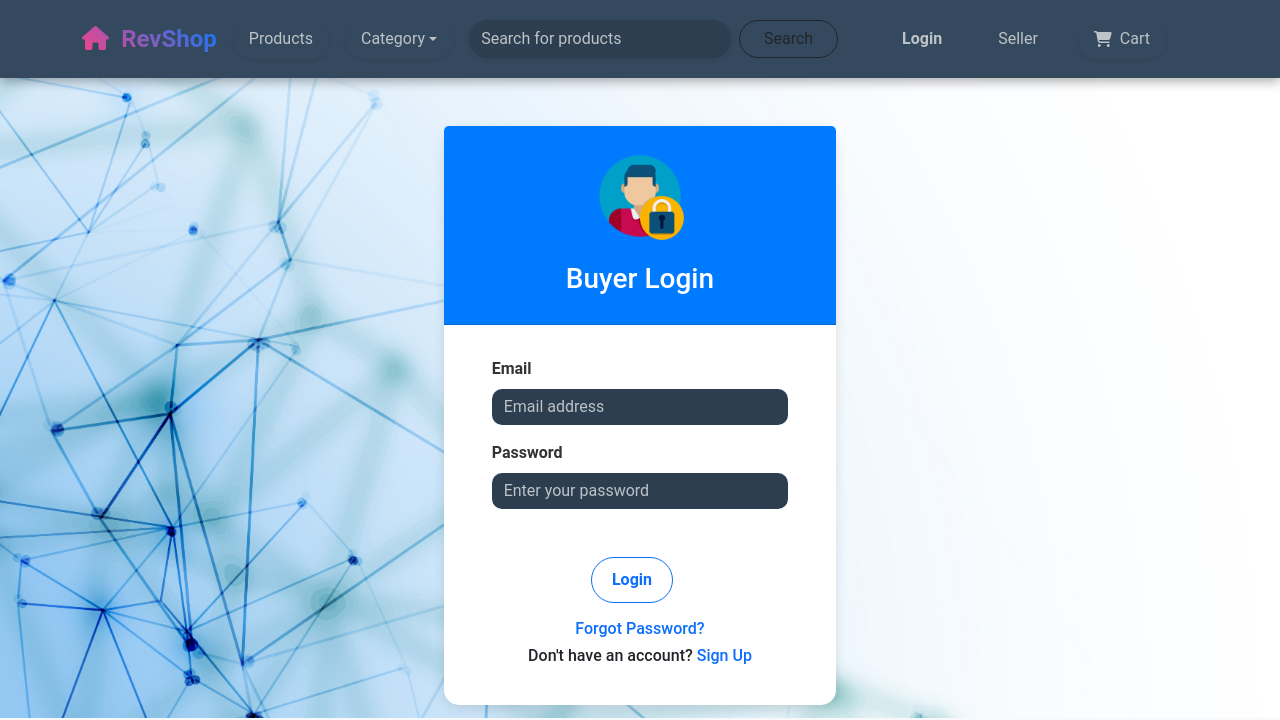
Repository: pratikp99/E-Commerce-Webapp-
Page: http://localhost/Revshop_WebApp/login.jsp
The author's editor kept a copy of each file at every save. The page is drawn from the files as they stood at one save, then again after the next save.
The browser window is 1280 px wide. The pictures show the whole page.
The page is served by Tomcat 10. Other server files are loaded and not shown. Queries for data that is not in the repository find no rows.

Above is the page before, as saved 2024-08-31 19:30:36.

### Revshop WebApp/src/main/webapp/login.jsp
<%@ page language="java" contentType="text/html; charset=ISO-8859-1" pageEncoding="ISO-8859-1"%>
<!DOCTYPE html>
<html lang="en">
<head>
    <meta charset="ISO-8859-1">
    <meta name="viewport" content="width=device-width, initial-scale=1, shrink-to-fit=no">
    <title>Buyer Login</title>
    <%@include file="Components/common_css_js.jsp"%>
    <link rel="stylesheet" href="CSS/styles2.css">
</head>
<body>
    <!--navbar -->
    <%@include file="Components/navbar.jsp"%>

    <div class="container-fluid">
        <div class="row mt-5">
            <div class="col-md-4 offset-md-4">
                <div class="card">
                    <div class="card-header px-5 text-center">
                        <img src="Images/login.png" style="max-width: 100px;" class="img-fluid">
                        <h3 class="text-center mt-3">Buyer Login</h3>
                        <%@include file="Components/alert_message.jsp"%>
                    </div>
                    <div class="card-body px-5">
                        <!--login-form-->
                        <form id="login-form" action="login" method="post">
                            <input type="hidden" name="login" value="user">

                            <div class="mb-3">
                                <label class="form-label">Email</label>
                                <input type="email" name="user_email" placeholder="Email address" class="form-control" required>
                            </div>
                            <div class="mb-2">
                                <label class="form-label">Password</label>
                                <input type="password" name="user_password" placeholder="Enter your password" class="form-control" required>
                            </div>

                            <div id="login-btn" class="container text-center mt-5">
                                <button type="submit" class="btn btn-outline-primary me-3">Login</button>
                            </div>
                        </form>

                        <div class="mt-3 text-center">
                            <h6><a href="forgot_password.jsp" style="text-decoration: none">Forgot Password?</a></h6>
                            <h6>
                                Don't have an account?<a href="register.jsp" style="text-decoration: none"> Sign Up</a>
                            </h6>
                        </div>
                    </div>
                </div>
            </div>
        </div>
    </div>
</body>
</html>

### Revshop WebApp/src/main/webapp/Components/common_css_js.jsp
<!--CSS-->
<link href="https://cdn.jsdelivr.net/npm/bootstrap@5.3.0/dist/css/bootstrap.min.css" rel="stylesheet" integrity="sha384-9ndCyUaIbzAi2FUVXJi0CjmCapSmO7SnpJef0486qhLnuZ2cdeRhO02iuK6FUUVM" crossorigin="anonymous">
<!--font awesome-->
<!--<link rel="stylesheet" href="https://cdnjs.cloudflare.com/ajax/libs/font-awesome/4.7.0/css/font-awesome.min.css">
-->
<link rel="stylesheet" href="https://cdnjs.cloudflare.com/ajax/libs/font-awesome/6.4.0/css/all.min.css">
<link rel="stylesheet" href="CSS/style.css"/>


<!--JavaScript-->
<script src="https://cdn.jsdelivr.net/npm/bootstrap@5.3.0/dist/js/bootstrap.bundle.min.js" integrity="sha384-geWF76RCwLtnZ8qwWowPQNguL3RmwHVBC9FhGdlKrxdiJJigb/j/68SIy3Te4Bkz" crossorigin="anonymous"></script>
<script src="JS/script.js"></script>

<!--jQuery-->
<script src="https://code.jquery.com/jquery-3.7.0.min.js" integrity="sha256-2Pmvv0kuTBOenSvLm6bvfBSSHrUJ+3A7x6P5Ebd07/g=" crossorigin="anonymous"></script>
<!--sweet alert-->
<script src="https://unpkg.com/sweetalert/dist/sweetalert.min.js"></script>
<script src="https://cdn.jsdelivr.net/npm/sweetalert2@11"></script>

### Revshop WebApp/src/main/webapp/Components/navbar.jsp
<%@page import="com.revature.ecom.DAO.categoryDAO"%>
<%@page import="com.revature.ecom.Models.adminModel"%>
<%@page import="com.revature.ecom.Models.cartModel"%>
<%@page import="com.revature.ecom.DAO.cartDAO"%>
<%@page import="com.revature.ecom.Models.userModel"%>
<%@page import="java.util.List"%>
<%@page import="com.revature.ecom.Models.categoryModel"%>
<%@page import="com.revature.ecom.Utils.DatabaseUtil"%>
<%@page import="com.revature.ecom.DAO.categoryDAO"%>
<%
userModel user = (userModel) session.getAttribute("activeUser");
adminModel admin = (adminModel) session.getAttribute("activeAdmin");

categoryDAO catDao = new categoryDAO(DatabaseUtil.getConnection());
List<categoryModel> categoryList = catDao.getAllCategories();
%>

<style>
/* General navbar styling */
.navbar {
    background-color: #34495e;
    padding: 1rem;
    box-shadow: 0px 4px 10px rgba(0, 0, 0, 0.3);
    max-height:15vh;
}

.navbar-brand {
    font-size: 1.6rem;
    font-weight: bold;
    color: #ecf0f1 !important;
}

.nav-link {
    color: #bdc3c7 !important;
    margin-right: 1rem;
    transition: color 0.3s, background-color 0.3s;
}

.nav-link:hover {
    color: #ecf0f1 !important;
    background-color: rgba(255, 255, 255, 0.1);
}

.navbar-toggler {
    border-color: #ecf0f1;
}

.navbar-toggler-icon {
    background-image: url("data:[embedded picture, 217 characters]");
}

.dropdown-menu {
    background-color: #2c3e50 !important;
    border: none;
}

.dropdown-item {
    color: #bdc3c7 !important;
    transition: background-color 0.3s, color 0.3s;
}

.dropdown-item:hover {
    background-color: #34495e !important;
    color: #ecf0f1 !important;
}

.badge {
    font-size: 0.75rem;
    background-color: #e74c3c;
}

/* Button styling */
.btn-outline-light {
    color: #bdc3c7;
    border-color: #bdc3c7;
    transition: color 0.3s, border-color 0.3s;
}

.btn-outline-light:hover {
    color: #ecf0f1;
    border-color: #ecf0f1;
}

/* Flexbox alignment */
.navbar-nav {
    display: flex;
    align-items: center;
}

.navbar-nav .nav-item {
    margin-right: 0rem;
}

.form-control {
    background-color: #2c3e50 !important;
    border: none;
    color: #ecf0f1;
    margin-right: 0.5rem;
}

.form-control::placeholder {
    color: #bdc3c7;
}

.form-control:focus {
    box-shadow: none;
    border-color: #ecf0f1;
}

@media (max-width: 992px) {
    .navbar-collapse {
        flex-direction: column;
    }

    .navbar-nav {
        flex-direction: column;
        width: 100%;
    }

    .navbar-nav .nav-item {
        margin-right: 0;
        margin-bottom: 1rem;
    }

    .form-control {
        margin-bottom: 1rem;
        width: 100%;
    }
}

/* Specific logo styles */
.navbar-nav .register-link {
    background-image: url('path/to/register-icon.png');
    background-repeat: no-repeat;
    background-position: left center;
    padding-left: 30px; /* Adjust based on the size of the icon */
}

.navbar-nav .buyer-link {
    background-image: url('path/to/buyer-icon.png');
    background-repeat: no-repeat;
    background-position: left center;
    padding-left: 30px; /* Adjust based on the size of the icon */
}

.navbar-nav .seller-link {
    background-image: url('path/to/seller-icon.png');
    background-repeat: no-repeat;
    background-position: left center;
    padding-left: 30px; /* Adjust based on the size of the icon */
}
</style>

<nav class="navbar navbar-expand-lg navbar-dark">
    <div class="container">
        <a class="navbar-brand" href="index.jsp" style="font-weight: bold; font-size: 1.5rem; background: linear-gradient(45deg, #ff4081, #007bff); -webkit-background-clip: text; -webkit-text-fill-color: transparent;">
    <i class="fa-sharp fa-solid fa-house"></i>&ensp;RevShop
</a>
        <button class="navbar-toggler" type="button" data-bs-toggle="collapse" data-bs-target="#navbarSupportedContent"
            aria-controls="navbarSupportedContent" aria-expanded="false" aria-label="Toggle navigation">
            <span class="navbar-toggler-icon"></span>
        </button>
        <div class="collapse navbar-collapse" id="navbarSupportedContent">
            <% if (admin != null) { %>
            <!-- Admin nav bar -->
            <ul class="navbar-nav me-auto mb-2 mb-lg-0">
    <li class="nav-item">
        <button type="button" class="btn btn-dark nav-link d-flex align-items-center rounded-pill px-3 py-2 shadow-sm" data-bs-toggle="modal" data-bs-target="#add-category">
            <i class="fa-solid fa-plus fa-xs me-2"></i>Add Category
        </button>
    </li>
    <li class="nav-item">
        <button type="button" class="btn btn-secondary nav-link d-flex align-items-center rounded-pill px-3 py-2 shadow-sm" data-bs-toggle="modal" data-bs-target="#add-product">
            <i class="fa-solid fa-plus fa-xs me-2"></i>Add Product
        </button>
    </li>
</ul>
<ul class="navbar-nav ms-auto">
    <li class="nav-item">
        <a class="nav-link text-info fw-light d-flex align-items-center" href="admin.jsp">
            <i class="fa-solid fa-user-circle fa-lg me-2"></i><%=admin.getName()%>
        </a>
    </li>
    <li class="nav-item">
        <a class="nav-link text-danger fw-light d-flex align-items-center" href="logout?user=admin">
            <i class="fa-solid fa-sign-out-alt fa-lg me-2"></i>Logout
        </a>
    </li>
</ul>


            <% } else { %>
            <!-- General nav bar -->
            <!-- Navigation items for products and category -->
<ul class="navbar-nav me-auto mb-2 mb-lg-0">
    <li class="nav-item">
        <a class="nav-link text-dark rounded-pill px-3 py-2 shadow-sm d-flex align-items-center" href="products.jsp" role="button" aria-expanded="false">
            Products
        </a>
    </li>
    <li class="nav-item dropdown">
        <a class="nav-link dropdown-toggle text-dark rounded-pill px-3 py-2 shadow-sm d-flex align-items-center" href="#" role="button" data-bs-toggle="dropdown" aria-expanded="false">
            Category
        </a>
        <ul class="dropdown-menu">
            <li><a class="dropdown-item" href="products.jsp?category=0">All Products</a></li>
            <% for (categoryModel c : categoryList) { %>
            <li><a class="dropdown-item" href="products.jsp?category=<%=c.getCategoryId()%>"><%=c.getCategoryName()%></a></li>
            <% } %>
        </ul>
    </li>
</ul>

<!-- Search form -->
<form class="d-flex pe-5" role="search" action="products.jsp" method="get">
    <input name="search" class="form-control me-2 rounded-pill border-0 shadow-sm" size="50" type="search" placeholder="Search for products" aria-label="Search">
    <button class="btn btn-outline-dark rounded-pill px-4" type="submit">Search</button>
</form>

<!-- User actions for logged-in users -->
<% if (user != null) {
    cartDAO cartDao = new cartDAO(DatabaseUtil.getConnection());
    int cartCount = cartDao.getCartCountByUserId(user.getUserId());
%>
<ul class="navbar-nav ms-auto">
    <li class="nav-item pe-3">
        <a class="nav-link position-relative d-flex align-items-center rounded-pill px-3 py-2 shadow-sm" href="cart.jsp">
            <i class="fa-solid fa-cart-shopping me-2"></i> Cart
            <span class="position-absolute top-0 start-100 translate-middle badge rounded-pill bg-danger"><%=cartCount%></span>
        </a>
    </li>
    <li class="nav-item pe-3">
        <a class="nav-link text-dark rounded-pill px-3 py-2 shadow-sm d-flex align-items-center" href="profile.jsp">
            <i class="fa-solid fa-user me-2"></i><%=user.getUserName()%>
        </a>
    </li>
    <li class="nav-item pe-3">
        <a class="nav-link text-danger rounded-pill px-3 py-2 shadow-sm d-flex align-items-center" href="logout?user=user">
            <i class="fa-solid fa-sign-out-alt me-2"></i> Logout
        </a>
    </li>
</ul>
<% } else { %>
<!-- User actions for guests -->
<ul class="navbar-nav ms-auto">
    <li class="nav-item pe-2">
        <a class="nav-link btn btn-outline-primary rounded-pill px-3 py-2" href="login.jsp">Login</a>
    </li>
    <li class="nav-item pe-2">
        <a class="nav-link btn btn-outline-success rounded-pill px-3 py-2" href="adminlogin.jsp">Seller</a>
    </li>
    <li class="nav-item pe-3">
        <a class="nav-link position-relative d-flex align-items-center rounded-pill px-3 py-2 shadow-sm" href="cart.jsp">
            <i class="fa-solid fa-cart-shopping me-2"></i> Cart
            <span class="position-absolute top-0 start-100 translate-middle badge rounded-pill bg-danger"></span>
        </a>
    </li>
</ul>
<% } %>


            <% } %>
        </div>
    </div>
</nav>

### Revshop WebApp/src/main/webapp/Components/alert_message.jsp
<%@page import="com.revature.ecom.Models.messageModel"%>
<%
messageModel messg = (messageModel) session.getAttribute("message");
if (messg != null) {
%>
<div class="alert <%=messg.getCssClass()%>" role="alert" id="alert">
	<%=messg.getMessage()%>
</div>
<%
session.removeAttribute("message");
}
%>
<script type="text/javascript">
	setTimeout(function() {
		$('#alert').alert('close');
	}, 3000);
</script>

### Revshop WebApp/src/main/java/com/revature/ecom/DAO/categoryDAO.java
package com.revature.ecom.DAO;
import com.revature.ecom.Models.categoryModel;

import java.sql.Connection;
import java.sql.PreparedStatement;
import java.sql.ResultSet;
import java.sql.SQLException;
import java.sql.Statement;
import java.util.ArrayList;
import java.util.List;

public class categoryDAO {
	private Connection con;

	public categoryDAO(Connection con) {
		super();
		this.con = con;
	}

	public boolean saveCategory(categoryModel category) {
		boolean flag = false;

		try {
			String query = "insert into category(name, image) values(?, ?)";
			PreparedStatement psmt = this.con.prepareStatement(query);
			psmt.setString(1, category.getCategoryName());
			psmt.setString(2, category.getCategoryImage());

			psmt.executeUpdate();
			flag = true;

		} catch (SQLException e) {
			e.printStackTrace();
		}
		return flag;
	}

	public List<categoryModel> getAllCategories() {

		List<categoryModel> list = new ArrayList<>();
		try {

			String query = "select * from category";
			Statement statement = this.con.createStatement();

			ResultSet rs = statement.executeQuery(query);
			while (rs.next()) {
				categoryModel category = new categoryModel();
				category.setCategoryId(rs.getInt("cid"));
				category.setCategoryName(rs.getString("name"));
				category.setCategoryImage(rs.getString("image"));

				list.add(category);
			}
		} catch (Exception e) {
			e.printStackTrace();
		}

		return list;
	}
	public categoryModel getCategoryById(int cid) {
		categoryModel category = new categoryModel();
		try {
			String query = "select * from category where cid = ?";
			PreparedStatement psmt = this.con.prepareStatement(query);
			psmt.setInt(1, cid);
			ResultSet rs = psmt.executeQuery();
			while (rs.next()) {
				category.setCategoryId(rs.getInt("cid"));
				category.setCategoryName(rs.getString("name"));
				category.setCategoryImage(rs.getString("image"));
			}
		} catch (Exception e) {
			e.printStackTrace();
		}
		return category;
	}
	public String getCategoryName(int catId) {
		String category = "";
		try {
			String query = "select * from category where cid = ?";
			PreparedStatement psmt = this.con.prepareStatement(query);
			psmt.setInt(1, catId);
			ResultSet rs = psmt.executeQuery();
			while (rs.next()) {
				category = rs.getString("name");
			}

		} catch (Exception e) {
			e.printStackTrace();
		}
		return category;
	}

	public void updateCategory(categoryModel cat) {
		try {
			String query = "update category set name=?, image=? where cid=?";
			PreparedStatement psmt = this.con.prepareStatement(query);
			psmt.setString(1, cat.getCategoryName());
			psmt.setString(2, cat.getCategoryImage());
			psmt.setInt(3, cat.getCategoryId());

			psmt.executeUpdate();
		} catch (Exception e) {
			e.printStackTrace();
		}
	}

	public void deleteCategory(int cid) {
		try {
			String query = "delete from category where cid = ?";
			PreparedStatement psmt = this.con.prepareStatement(query);
			psmt.setInt(1, cid);

			psmt.executeUpdate();

		} catch (Exception e) {
			e.printStackTrace();
		}
	}
	public int categoryCount() {
		int count = 0;
		try {
			String query = "select count(*) from category";
			Statement stmt = con.createStatement();
			ResultSet rs = stmt.executeQuery(query);
			rs.next();
			count = rs.getInt(1);
		} catch (Exception e) {
			e.printStackTrace();
		}
		return count;
	}
}

### Revshop WebApp/src/main/java/com/revature/ecom/Utils/DatabaseUtil.java
package com.revature.ecom.Utils;

import java.io.IOException;
import java.io.InputStream;
import java.sql.Connection;
import java.sql.DriverManager;
import java.sql.SQLException;
import java.util.Properties;

public class DatabaseUtil {
    private static Connection conn;

    public static Connection getConnection() throws ClassNotFoundException {
        if (conn == null) {
            try {
                Properties props = new Properties();
                InputStream inputStream = DatabaseUtil.class.getClassLoader().getResourceAsStream("utils.properties");
                props.load(inputStream);

                String url = props.getProperty("db.url");
                String username = props.getProperty("db.username");
                String password = props.getProperty("db.password");

                try {
                    Class.forName("com.mysql.cj.jdbc.Driver");
                } catch (ClassNotFoundException e) {
                    throw new RuntimeException("Error loading MySQL JDBC driver", e);
                }

                conn = DriverManager.getConnection(url, username, password);
            } catch (IOException | SQLException e) {
                throw new RuntimeException("Error establishing database connection", e);
            }
        }
        return conn;
    }
}

### Revshop WebApp/src/main/webapp/CSS/style.css
/* General Body and Typography */
body {
    font-family: 'Segoe UI', Arial,Tahoma, Geneva, Verdana, sans-serif;
    color: #343a40;
    margin: 0;
    padding: 0;

}

/* Container */
.container-fluid {
    max-width: 100%;
    padding-left: 15px;
    padding-right: 15px;
    margin: 0 auto;
}

/* Row */
.row {
    margin-left: 0;
    margin-right: 0;
}

/* Columns */
.col {
    padding-left: 0;
    padding-right: 0;
}

/* Product Card */
.product-card {
    border: none;
    border-radius: 10px;
    background-color: #fff;
    transition: transform 0.3s, box-shadow 0.3s;
}

.product-card:hover {
    transform: translateY(-5px);
    box-shadow: 0 8px 20px rgba(0, 0, 0, 0.15);
}

/* Product Image */
.product-image {
    border-radius: 10px 10px 0 0;
    object-fit: cover;
    width: 100%;
    height: 250px;
}

/* Wishlist Icon */
.wishlist-icon {
    position: absolute;
    top: 15px;
    right: 15px;
    width: 40px;
    height: 40px;
    border-radius: 50%;
    background-color: rgba(255, 255, 255, 0.9);
    display: flex;
    align-items: center;
    justify-content: center;
    box-shadow: 0 2px 8px rgba(0, 0, 0, 0.1);
    cursor: pointer;
}

/* Product Text */
.card-title {
    font-size: 1.2rem;
    font-weight: bold;
    color: #333;
    margin-bottom: 10px;
}

.real-price {
    font-size: 1.5rem;
    font-weight: 700;
    color: #e73570;
}

.product-price {
    font-size: 1.1rem;
    text-decoration: line-through;
    color: #6c757d;
}

.product-discount {
    font-size: 1rem;
    color: #28a745;
    font-weight: 600;
}

.product-description {
    font-size: 0.9rem;
    color: #555;
}

/* Buttons */
.btn-primary {
    background-color: #ff4081;
    border-color: #ff4081;
    transition: background-color 0.3s ease;
}

.btn-primary:hover {
    background-color: #e73570;
    border-color: #e73570;
}

.btn-block {
    display: block;
    width: 100%;
}

/* Utility classes */
.m-0 {
    margin: 0 !important;
}

.p-0 {
    padding: 0 !important;
}

/* Additional Styles for Improved Layout */
.bg-light {
    background-color: #f8f9fa;
}

### Revshop WebApp/src/main/webapp/CSS/styles2.css
body {
    background: #f8f9fa;
    font-family: 'Roboto', sans-serif;
    background-image: url('Images/background.jpg'); /* Path to your background image */
    background-size: cover; /* Cover the entire page */
    background-repeat: no-repeat; /* Prevent image from repeating */
    background-position: center; /* Center the image */
}

.card {
    border: none;
    border-radius: 15px;
    box-shadow: 0px 4px 12px rgba(0, 0, 0, 0.1);
}

.card-header {
    background-color: #007bff;
    color: #fff;
    border-top-left-radius: 15px;
    border-top-right-radius: 15px;
    padding: 20px 0;
}

.card-header h3 {
    margin-top: 15px;
}

.card-body {
    padding: 2rem;
}

.form-label {
    font-weight: bold;
    color: #333;
}

.form-control {
    border-radius: 10px;
}

.btn-outline-primary {
    border-radius: 25px;
    padding: 10px 20px;
    font-weight: bold;
}

.btn-outline-primary:hover {
    background-color: #007bff;
    color: #fff;
}

Loaded but not shown: Revshop WebApp/src/main/webapp/JS/script.js (common file)

After the next save:
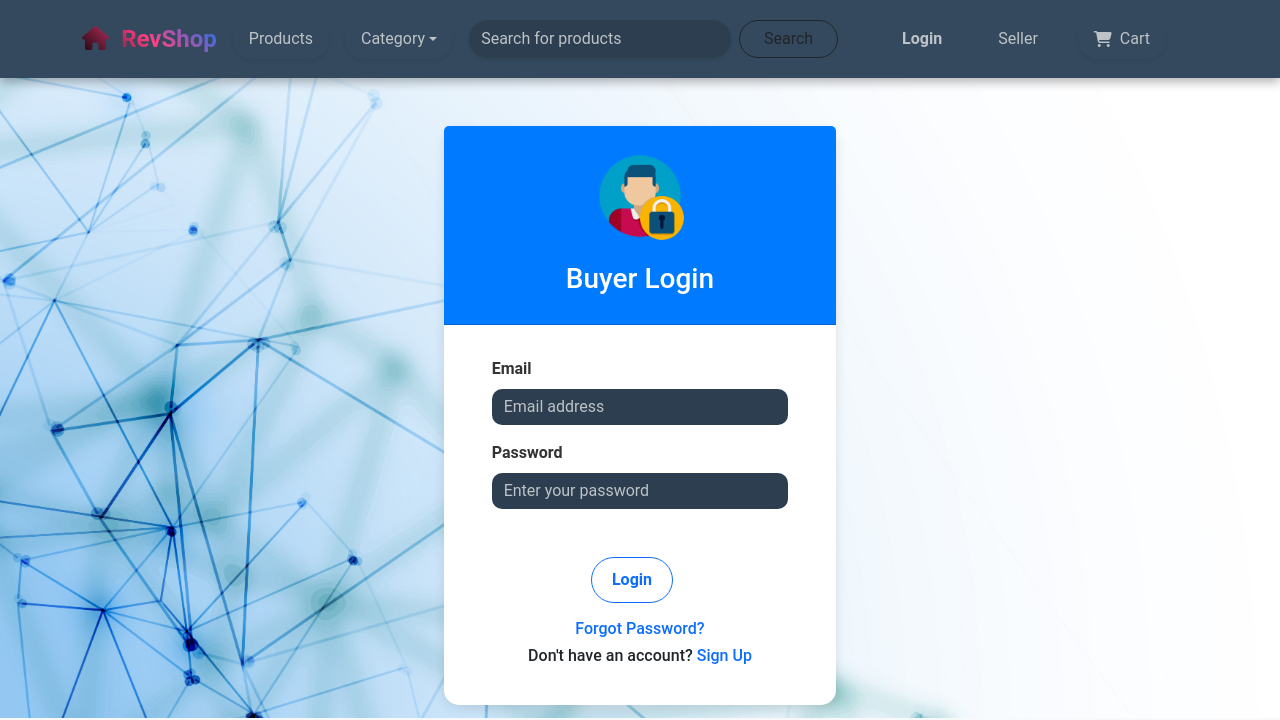
Saved 33 s later.
--- a/Revshop WebApp/src/main/webapp/Components/navbar.jsp
+++ b/Revshop WebApp/src/main/webapp/Components/navbar.jsp
@@ -153,9 +153,10 @@ List<categoryModel> categoryList = catDao.getAllCategories();
 
 <nav class="navbar navbar-expand-lg navbar-dark">
     <div class="container">
-        <a class="navbar-brand" href="index.jsp" style="font-weight: bold; font-size: 1.5rem; background: linear-gradient(45deg, #ff4081, #007bff); -webkit-background-clip: text; -webkit-text-fill-color: transparent;">
+        <a class="navbar-brand" href="index.jsp" style="font-weight: bold; font-size: 1.5rem; background: linear-gradient(45deg, #000000, #ff4081, #007bff); -webkit-background-clip: text; -webkit-text-fill-color: transparent;">
     <i class="fa-sharp fa-solid fa-house"></i>&ensp;RevShop
 </a>
+
         <button class="navbar-toggler" type="button" data-bs-toggle="collapse" data-bs-target="#navbarSupportedContent"
             aria-controls="navbarSupportedContent" aria-expanded="false" aria-label="Toggle navigation">
             <span class="navbar-toggler-icon"></span>
